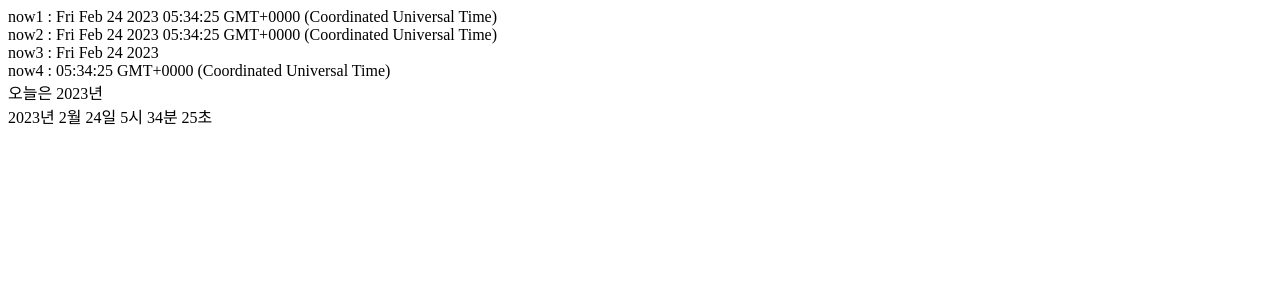
Repository: song-bean/Web_song
Page: 03_JavaScript/src/main/webapp/02_내장객체/Ex07.html
An editor plug-in stored every save of this project. The page is shown before and after a run of saves, followed by the edit.
The browser window is 1280 px wide. The pictures show the whole page.

Above is the page before, as saved 2023-02-28 01:06:39.

### 03_JavaScript/src/main/webapp/02_내장객체/Ex07.html
<!DOCTYPE html>
<html>
<head>
<meta charset="UTF-8">
<title>Ex07</title>
<script type="text/javascript">
	var now = new Date();
	document.write("now1 : " + now + "<br>");
	document.write("now2 : " + now.toString() + "<br>");
	document.write("now3 : " + now.toDateString() + "<br>");
	document.write("now4 : " + now.toTimeString() + "<br>");

	document.write("오늘은 ");
	document.write(now.getYear()+1900 + "년<br>"); //1900년이 기준
	document.write(now.getUTCFullYear() + "년 ");

	//월 일 시 분 초
	document.write(now.getMonth()+1 + "월 "); //1월이 0으로 나옴
	document.write(now.getDate() + "일 ");
	document.write(now.getHours() + "시 ");
	document.write(now.getMinutes() + "분 ");
	document.write(now.getSeconds() + "초 ");


</script>
</head>
<body>

</body>
</html>

After the next 2 saves:
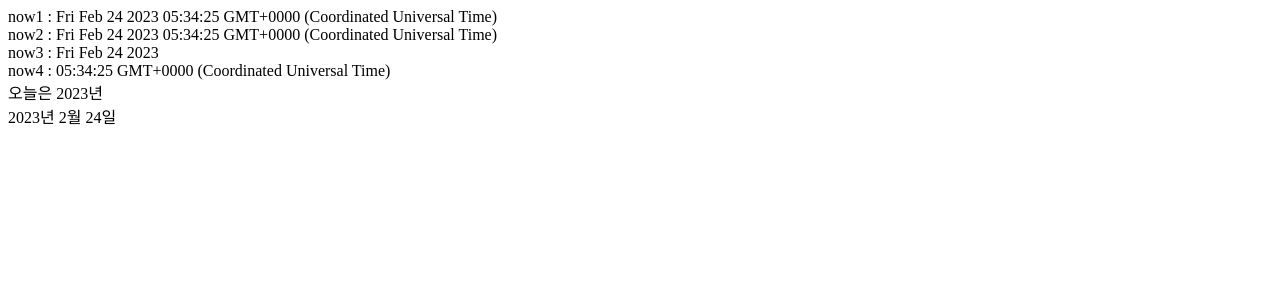
Console error: ReferenceError: hours is not defined
The 2 saves are shown as one change because they came seconds apart.
The last was saved 27 s later.
--- a/03_JavaScript/src/main/webapp/02_내장객체/Ex07.html
+++ b/03_JavaScript/src/main/webapp/02_내장객체/Ex07.html
@@ -17,7 +17,9 @@
 	//월 일 시 분 초
 	document.write(now.getMonth()+1 + "월 "); //1월이 0으로 나옴
 	document.write(now.getDate() + "일 ");
-	document.write(now.getHours() + "시 ");
+	if(hours >= 12) {
+		document.write(now.getHours() + "시 ");
+	}
 	document.write(now.getMinutes() + "분 ");
 	document.write(now.getSeconds() + "초 ");
 

After the 6 saves that followed:
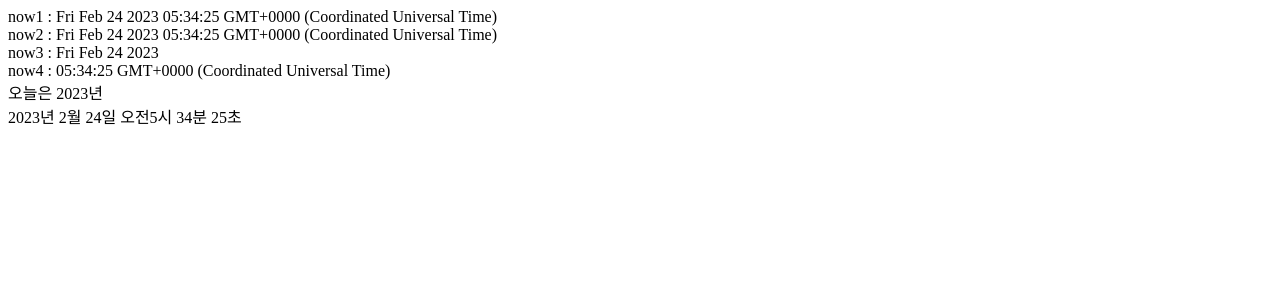
The error is gone.
The 6 saves are shown as one change because 5 left the picture as it was.
The last was saved 81 s later.
--- a/03_JavaScript/src/main/webapp/02_내장객체/Ex07.html
+++ b/03_JavaScript/src/main/webapp/02_내장객체/Ex07.html
@@ -17,7 +17,14 @@
 	//월 일 시 분 초
 	document.write(now.getMonth()+1 + "월 "); //1월이 0으로 나옴
 	document.write(now.getDate() + "일 ");
-	if(hours >= 12) {
+
+	var hour = now.getHours();
+	if(hour >= 12) {
+		document.write("오후");
+		document.write(now.getHours()-12 + "시 ");
+	}
+	else {
+		document.write("오전");
 		document.write(now.getHours() + "시 ");
 	}
 	document.write(now.getMinutes() + "분 ");
